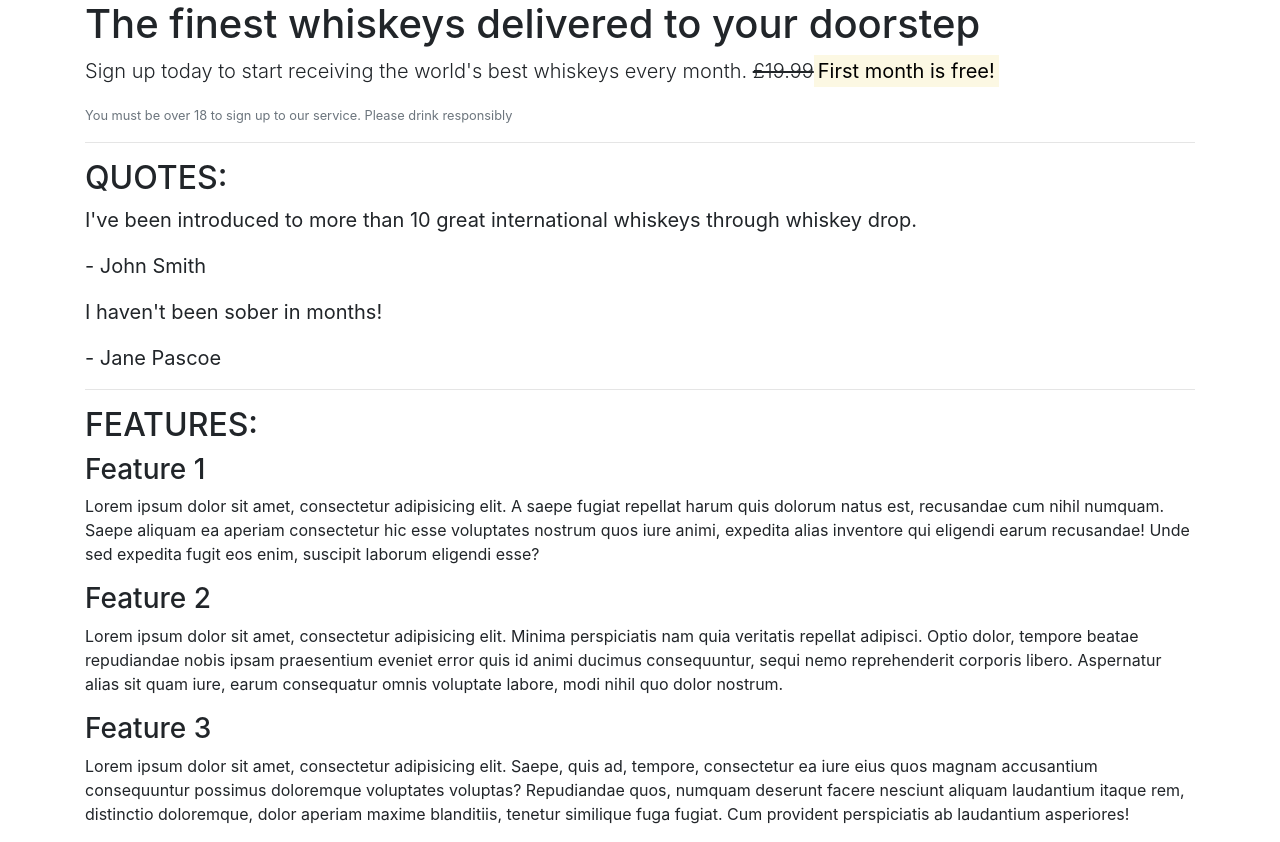
Repository: LouWills/WhiskeyDrop-bootstrap
Page: index.html
The author's editor kept a record of every edit. The page is drawn from the files as they stood at one moment, then again after the next edit.
The browser window is 1280 px wide. The pictures show the whole page.

Above is the page before.
Console error: TypeError: Cannot read properties of undefined (reading 'fn')

### index.html
<!DOCTYPE html>
<html lang="en">
<head>
    <meta charset="UTF-8">
    <meta name="viewport" content="width=device-width, initial-scale=1.0">
    <meta http-equiv="X-UA-Compatible" content="ie=edge">
    <link rel="stylesheet" href="https://stackpath.bootstrapcdn.com/bootstrap/4.3.1/css/bootstrap.min.css" integrity="sha384-ggOyR0iXCbMQv3Xipma34MD+dH/1fQ784/j6cY/iJTQUOhcWr7x9JvoRxT2MZw1T" crossorigin="anonymous">
<script src="https://stackpath.bootstrapcdn.com/bootstrap/4.3.1/js/bootstrap.min.js" integrity="sha384-JjSmVgyd0p3pXB1rRibZUAYoIIy6OrQ6VrjIEaFf/nJGzIxFDsf4x0xIM+B07jRM" crossorigin="anonymous"></script>
    <title>Whiskey Drop_Taste a new whiskey every month</title>
</head>
<body>
   <article class="container">
       <!--callout-->
       <section class="callout">
           <h1>The finest whiskeys delivered to your doorstep</h1>
           <p class="lead">Sign up today to start receiving the world's best whiskeys every month. <s>£19.99</s><strong><mark>First month is free!</mark></strong></p>
           <p class="text-muted"><small>You must be over 18 to sign up to our service. Please drink responsibly</small></p>
       </section>
       <!--/.callout-->
       <hr>

       <!-- Quotes -->
       <section class="quotes">
           <h2 class="text-uppercase">Quotes:</h2>
           <blockquote class="blockquote">
               <p>I've been introduced to more than 10 great international whiskeys through whiskey drop.</p>
               <p>- John Smith</p>
           </blockquote>
           <blockquote class="blockquote">
               <p>I haven't been sober in months!</p>
               <p>- Jane Pascoe</p>
           </blockquote>
        </section>
        <!--/.quotes-->

        <hr>

        <!--Features-->
        <section class="features">
            <h2 class="text-uppercase">Features:</h2>
            <div class="feature">
                <h3>Feature 1</h3>
                <p>Lorem ipsum dolor sit amet, consectetur adipisicing elit. A saepe fugiat repellat harum quis dolorum natus est, recusandae cum nihil numquam. Saepe aliquam ea aperiam consectetur hic esse voluptates nostrum quos iure animi, expedita alias inventore qui eligendi earum recusandae! Unde sed expedita fugit eos enim, suscipit laborum eligendi esse?</p>
            </div>
            <div class="feature">
                <h3>Feature 2</h3>
                <p>Lorem ipsum dolor sit amet, consectetur adipisicing elit. Minima perspiciatis nam quia veritatis repellat adipisci. Optio dolor, tempore beatae repudiandae nobis ipsam praesentium eveniet error quis id animi ducimus consequuntur, sequi nemo reprehenderit corporis libero. Aspernatur alias sit quam iure, earum consequatur omnis voluptate labore, modi nihil quo dolor nostrum.</p>
            </div>
            <div class="feature">
                <h3>Feature 3</h3>
                <p>Lorem ipsum dolor sit amet, consectetur adipisicing elit. Saepe, quis ad, tempore, consectetur ea iure eius quos magnam accusantium consequuntur possimus doloremque voluptates voluptas? Repudiandae quos, numquam deserunt facere nesciunt aliquam laudantium itaque rem, distinctio doloremque, dolor aperiam maxime blanditiis, tenetur similique fuga fugiat. Cum provident perspiciatis ab laudantium asperiores!</p>
            </div>
        </section>
   </article>
</body>
</html>

After the next edit:
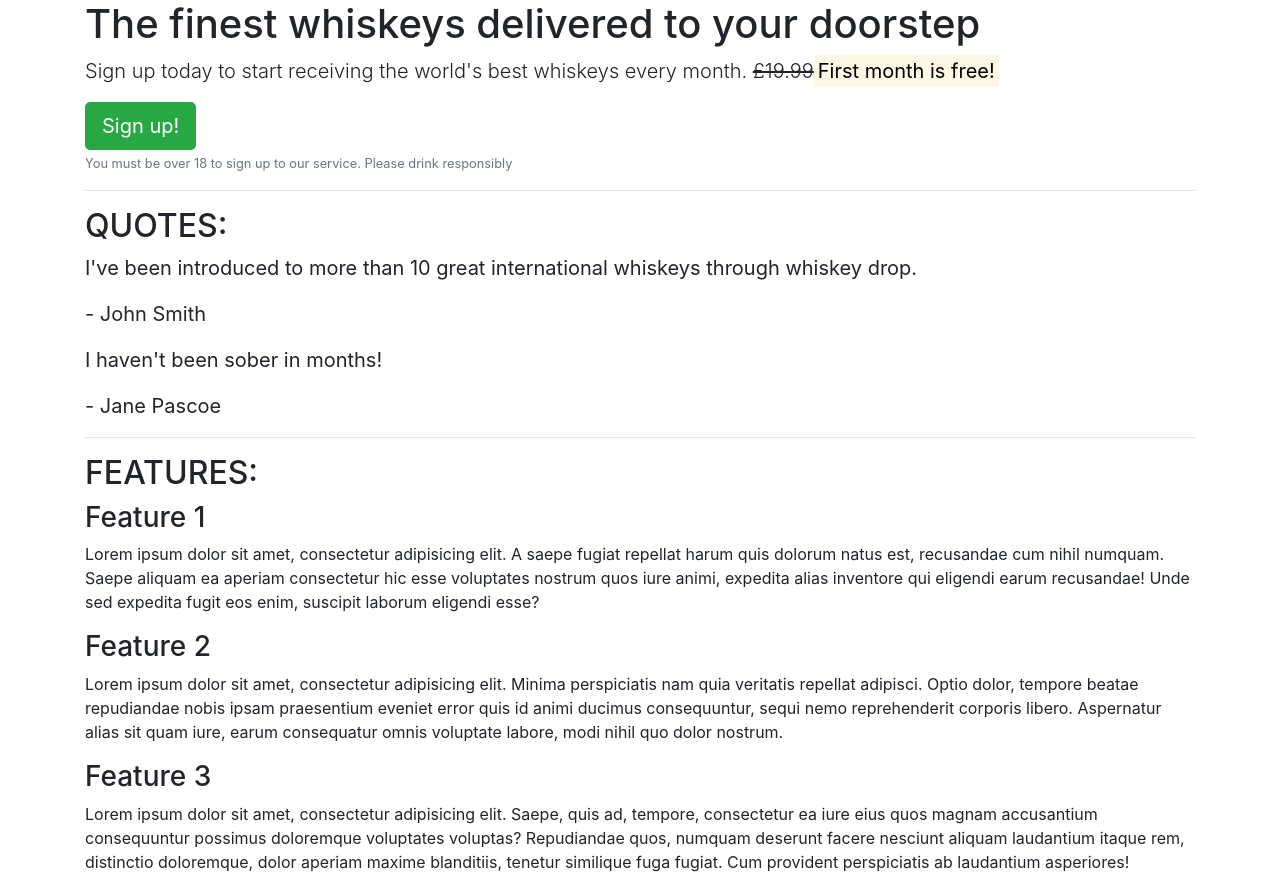
The edit:
--- a/index.html
+++ b/index.html
@@ -14,6 +14,7 @@
        <section class="callout">
            <h1>The finest whiskeys delivered to your doorstep</h1>
            <p class="lead">Sign up today to start receiving the world's best whiskeys every month. <s>£19.99</s><strong><mark>First month is free!</mark></strong></p>
+            <button class="btn btn-success btn-lg">Sign up!</button>
            <p class="text-muted"><small>You must be over 18 to sign up to our service. Please drink responsibly</small></p>
        </section>
        <!--/.callout-->
